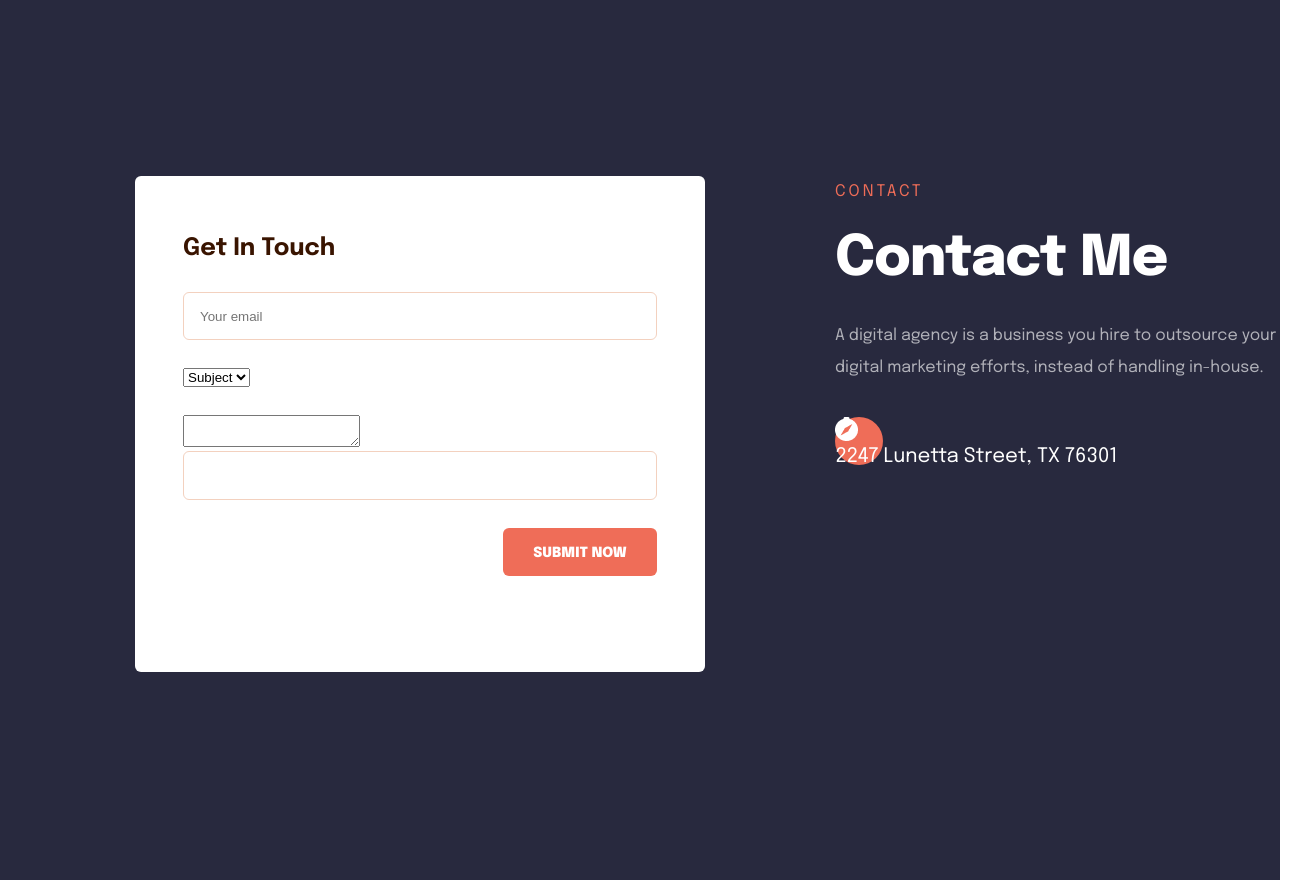
Repository: simralgasimov/contact-me
Page: index.html
The author's editor kept a copy of each file at every save. The page is drawn from the files as they stood at one save, then again after a run of saves.
The browser window is 1280 px wide. The page is 1305 px wide, so the pictures cover 1305 px, including what lies to the right of the window. The pictures show the whole page.

Above is the page before, as saved 2023-10-04 13:27:28.

### index.html
<!DOCTYPE html>
<html lang="en">
  <head>
    <meta charset="UTF-8" />
    <meta name="viewport" content="width=device-width, initial-scale=1.0" />
    <title>Document</title>
    <link rel="stylesheet" href="./index.css" />
  </head>
  <body>
    <div class="container">
        <form action="">
          <p>Get In Touch</p>
          <label for="">
            <input type="email" placeholder="Your email" />
          </label>

          <label for="subject">
            <select name="" id="subject">
              <option value="subject">Subject</option>
              <option value="subject">Subject</option>
              <option value="subject">Subject</option>
            </select>
          </label>

          <label for="">
            <textarea name="" id=""></textarea>
            <input type="textarea" name="" id="" />
          </label>
          <button><a href="">Submit Now</a></button>
        </form>


      <div class="contact-me">
        <h1>Contact</h1>
        <h2>Contact Me</h2>
        <p>
          A digital agency is a business you hire to outsource your digital
          marketing efforts, instead of handling in-house.
        </p>
        <div class="cirycle">
          <img src="./img/Shape.png" alt="" />
          <p>2247 Lunetta Street, TX 76301</p>
        </div>
      </div>
    </div>
  </body>
</html>

### index.css
@import url("https://fonts.googleapis.com/css2?family=Epilogue:wght@400;700;800;900&display=swap");
* {
  margin: 0;
  padding: 0;
  box-sizing: border-box;
}

.container {
  padding: 176px 135px 208px 135px;
  background: #28293e;
  display: flex;
  /* justify-content: space-between; */
}

.container p {
  margin-bottom: 27px;
  color: var(--Text_Dark, #391400);
  font-feature-settings: "clig" off, "liga" off;

  font-family: Epilogue;
  font-size: 24px;
  font-style: normal;
  font-weight: 700;
  line-height: 32px;
}

.container form {
  width: 570px;
  height: 496px;
  margin-right: 130px;
  border-radius: 6px;
  background: #fff;
}

.container input {
  padding: 16px;
  border-radius: 6px;
  border: 1px solid #f3d1bf;
  background: #fff;
}

.container form label {
  display: block;
  margin-bottom: 28px;
}
.container  form {
  padding: 57px 48px 48px 48px;
}
.container input{
  width: 100%;
}
.container  form [type="email"] {
  width: 474px;
  height: 48px;
}

/* .container  form [id="subject"] {
  width: 474px;
  height: 48px;
}

.container  form [type="textarea"] {
  width: 474px;
  height: 135px;
} */

.container form button {
  width: 154px;
  height: 48px;
  border-radius: 6px;
  background: #ef6d58;
  border: none;
  float: right;
}

.container form button a {
  text-decoration: none;
  color: #fff;
  text-align: center;
  font-family: Epilogue;
  font-size: 14px;
  font-style: normal;
  font-weight: 900;
  line-height: normal;
  text-transform: uppercase;
}

.container .contact-me h1 {
  margin-bottom: 20px;
  width: 86px;
  color: var(--Text_Light_Accent, #ef6d58);
  font-feature-settings: "clig" off, "liga" off;
  font-family: Epilogue;
  font-size: 16px;
  font-style: normal;
  font-weight: 400;
  line-height: 32px;
  letter-spacing: 3px;
  text-transform: uppercase;
}

.container .contact-me h2 {
  margin-bottom: 28px;
  width: 334px;
  color: var(--Text_Light, #fff);
  font-feature-settings: "clig" off, "liga" off;
  font-family: Epilogue;
  font-size: 56px;
  font-style: normal;
  font-weight: 800;
  line-height: 64px;
  letter-spacing: -1px;
}

.container .contact-me p {
  margin-bottom: 33px;
  width: 470px;
  color: var(--Text_Light_Gray, rgba(255, 255, 255, 0.64));
  font-feature-settings: "clig" off, "liga" off;

  font-family: Epilogue;
  font-size: 16px;
  font-style: normal;
  font-weight: 400;
  line-height: 32px;
}

.container .contact-me .cirycle {
  /* position: relative; */
  width: 48px;
  height: 48px;
  background-color: #ef6d58;
  border-radius: 50%;
}

.container .contact-me .cirycle img {
  /* position: absolute; */
  /* margin: 13px; */

  display: flex;
  justify-content: center;
  align-content: center;
}

.container .contact-me .cirycle p {
  display: flex;
  justify-content: center;
  align-items: center;
  align-content: center;
  /* margin-left: 90px; */
  width: 283px;
  color: var(--Text_Light, #fff);
  font-feature-settings: "clig" off, "liga" off;

  font-family: Epilogue;
  font-size: 20px;
  font-style: normal;
  font-weight: 400;
  line-height: 32px;
}

After the next 2 saves:
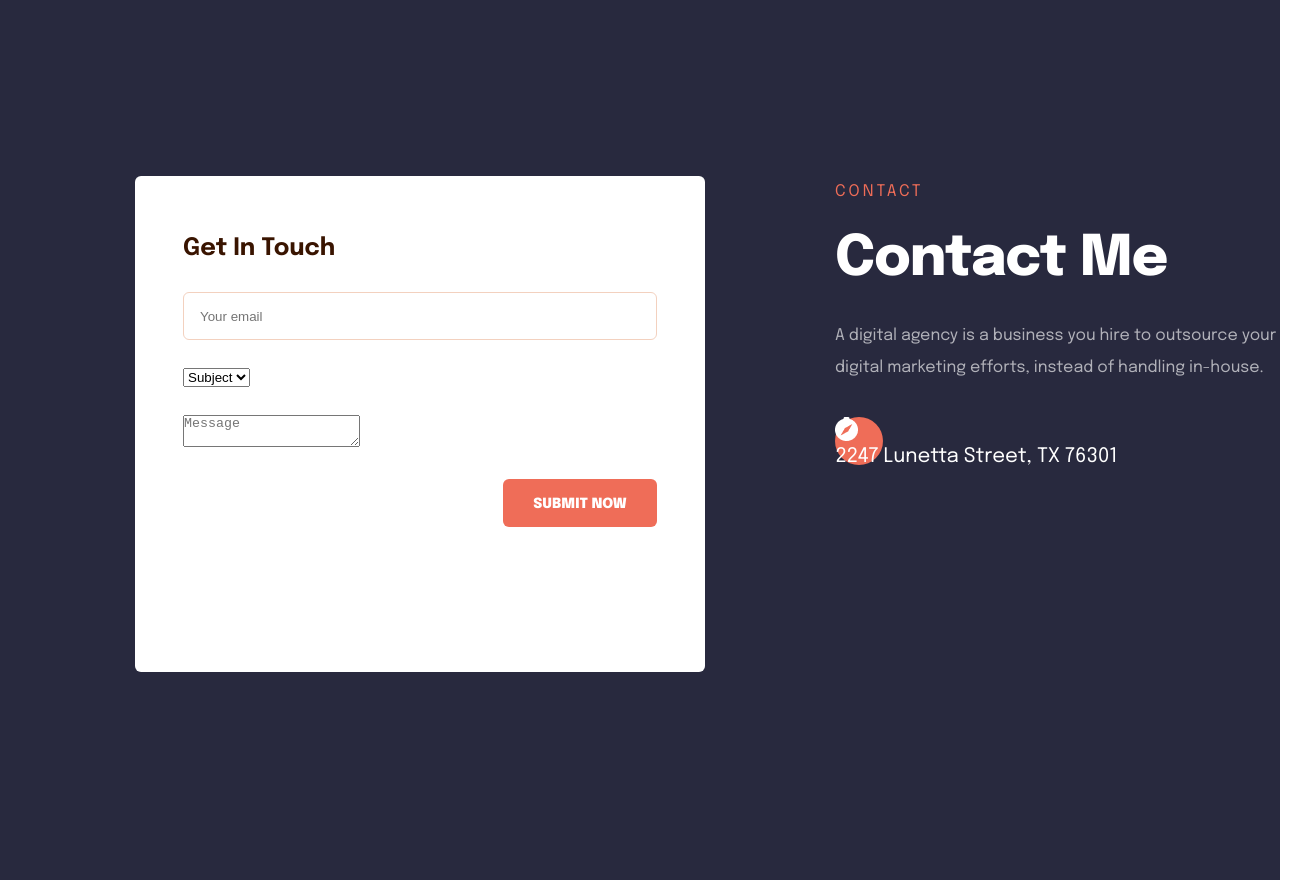
The 2 saves are shown as one change because they came seconds apart.
The last was saved 7 s later.
--- a/index.html
+++ b/index.html
@@ -23,8 +23,8 @@
           </label>
 
           <label for="">
-            <textarea name="" id=""></textarea>
-            <input type="textarea" name="" id="" />
+            <textarea name=""  placeholder="Message" id=""></textarea>
+            <!-- <input type="textarea" name="" id="" /> -->
           </label>
           <button><a href="">Submit Now</a></button>
         </form>
